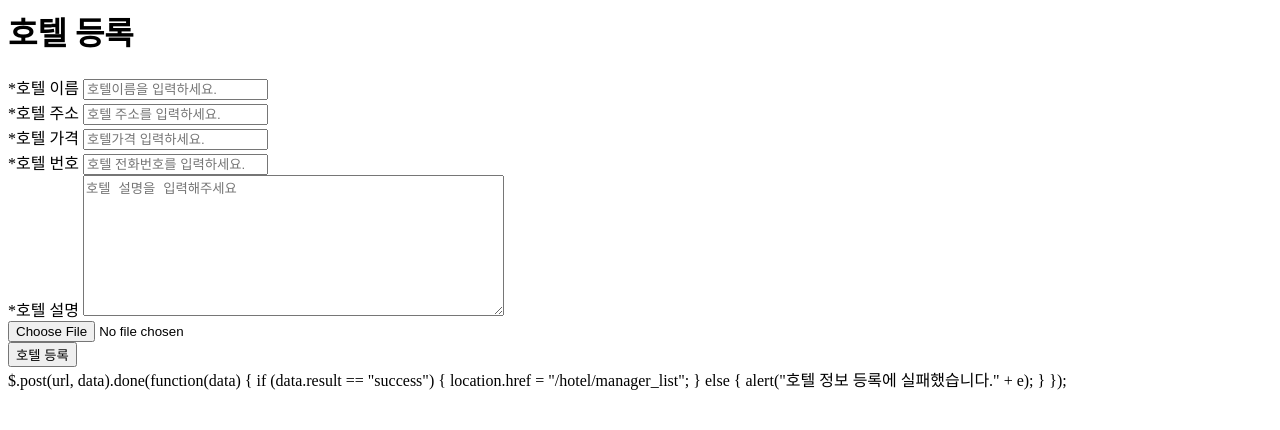
Repository: Wan7939/gotoDomang
Page: http://localhost/gotoDomang/WEB-INF/jsp/admin/hotel_registration.jsp
The author's editor kept a copy of each file at every save. The page is drawn from the files as they stood at one save, then again after the next save.
The browser window is 1280 px wide. The pictures show the whole page.
The page is served by Tomcat 9. Nobody is signed in. Other server files are loaded and not shown. The template is opened directly, without the code that normally fills it, so the values that code supplies are empty.

Above is the page before, as saved 2021-11-05 10:40:55.
Console error: ReferenceError: $ is not defined

### gotoDomang/src/main/webapp/WEB-INF/jsp/admin/hotel_registration.jsp
<%@ page language="java" contentType="text/html; charset=UTF-8"
    pageEncoding="UTF-8"%>
<div class="d-flex justify-content-center ml-5">
	<div class="sign-up-box">
		<h1 class="mb-4">호텔 등록</h1>

			<div class="d-flex">
					<div>
						<span>*호텔 이름</span>
						<input type="text" id="hotelName" name="hotelName"
							class="form-control" placeholder="호텔이름을 입력하세요."><br>

						<span>*호텔 주소</span>
						<input type="text" id="location" name="location"
							class="form-control" placeholder="호텔 주소를 입력하세요."><br>

						<span>*호텔 가격</span>
						<input type="text" id="price" name="price"
							class="form-control" placeholder="호텔가격 입력하세요."><br>

						<span>*호텔 번호</span>
						<input type="text" id="hotelNumber" name="hotelNumber"
							class="form-control" placeholder="호텔 전화번호를 입력하세요."><br>


					</div>
					<div class="ml-4">
						<span>*호텔 설명</span>
						<textarea id="content" rows="9" cols="50" class="form-control mt-2" placeholder="호텔 설명을 입력해주세요"></textarea>

						<div class="d-flex justify-content-end mt-5">
							<input type="file" id="imagePath" class="m-2" accept=".jpg,.jpeg,.png,.gif">
						</div>

					</div>
				</div>
				<div  class="d-flex justify-content-center">
					<button type="button" id="registrationBtn" class="btn btn-block">호텔 등록</button>
				</div>

	</div>
</div>

<script>
$(document).ready(function() {
	// 호텔등록버튼
	$('#registrationBtn').on('click', function(){

		let hotelName = $('#hotelName').val().trim();
		if (hotelName == '') {
			alert("호텔이름을 입력하세요");
			return;
		}

		let location = $('#location').val();
		if (location == ''){
			alert("호텔주소를 입력하세요");
			return;
		}

		let price = $('#price').val().trim();
		if (price ==''){
			alert("가격을 입력하세요");
			return;
		}
		let hotelNumber = $('#hotelNumber').val().trim();
		if (hotelNumber ==''){
			alert("호텔번호을 입력하세요");
			return;
		}
		let content = $('#content').val().trim();
		if (content ==''){
			alert("호텔설명를 입력하세요");
			return;
		}

		let imagePath = $('#imagePath').val();
		console.log("imagePath:" + imagePath);

		if (imagePath ==''){
			alert("사진을 올려주세요!");
			return;
		}
		if (imagePath != ''){
			let ext = imagePath.split('.').pop().toLowerCase()  //  split를 사용해서 .을 기준으로 나누고 pop()를 사용해서 마지막 배열을 가져온뒤toLowerCase()로 소문자로 만듬 // toLowerCase = 소문자로 바꿈, 대문자 => toUpperCase
			if ($.inArray(ext, ['jpg', 'jpeg', 'png', 'gif']) == -1 ){
				alert("이미지 파일만 업로드 할 수 있습니다.");
				$('#imagePath').val('') // 잘못된 파일을 비운다.
				return;
			}
		}

		// 폼태그를 자바스크립트에서 만든다.
		let formData = new FormData();
		formData.append('hotelName', hotelName);
		console.log(hotelName);
		formData.append('location', location);
		console.log(location);
		formData.append('price', price);
		console.log(price);
		formData.append('hotelNumber', hotelNumber);
		console.log(hotelNumber);
		formData.append('content', content);
		console.log(content);
		formData.append('imagePath', $('#imagePath')[0].files[0]);
		console.log(imagePath);


		// ajax
		$.ajax({
			type:'post'
			, url: '/post/registration'
			, data: formData
			, enctype: 'mulitpart/form-data'
			, processData: false
			, contentType: false
			, success: function(data){
				if (data.result == 'success'){
					alert("호텔정보가 등록 됐습니다.");
					location.href ="/hotel/manager_list";
				}
			}, error: function(e){
				alert("호텔 정보 등록에 실패했습니다." + e);
			}
		});
	});
});
</script>

$.post(url, data).done(function(data) {
				if (data.result == "success") {
					location.href = "/hotel/manager_list";
				} else {
					alert("호텔 정보 등록에 실패했습니다." + e);
				}

			});

After the next save:
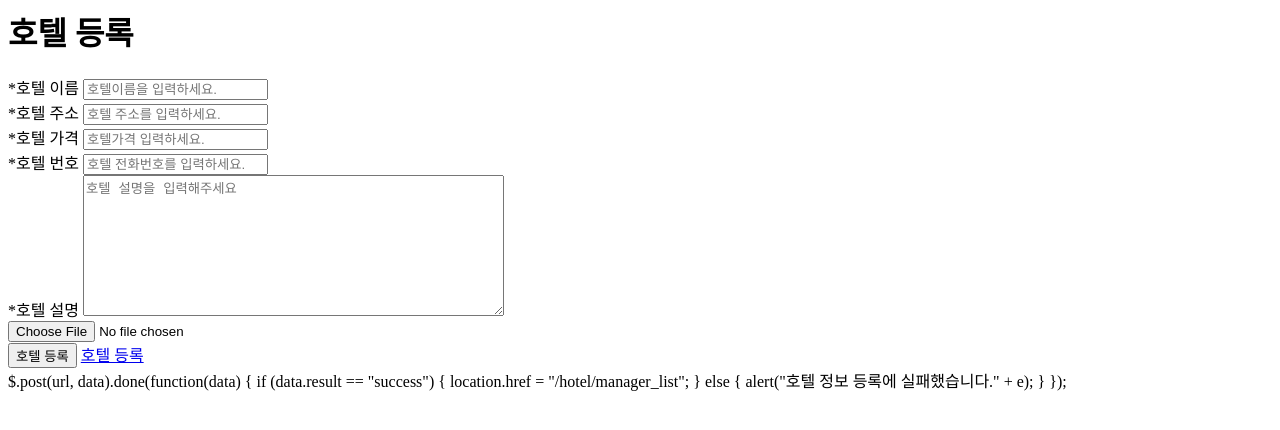
Saved 47 s later.
--- a/gotoDomang/src/main/webapp/WEB-INF/jsp/admin/hotel_registration.jsp
+++ b/gotoDomang/src/main/webapp/WEB-INF/jsp/admin/hotel_registration.jsp
@@ -36,6 +36,7 @@
 				</div>
 				<div  class="d-flex justify-content-center">
 					<button type="button" id="registrationBtn" class="btn btn-block">호텔 등록</button>
+					<a id="registrationBtn" class="btn btn-block btn-sign-up" href="/user/sign_up_view">호텔 등록</a>
 				</div>
 
 	</div>
